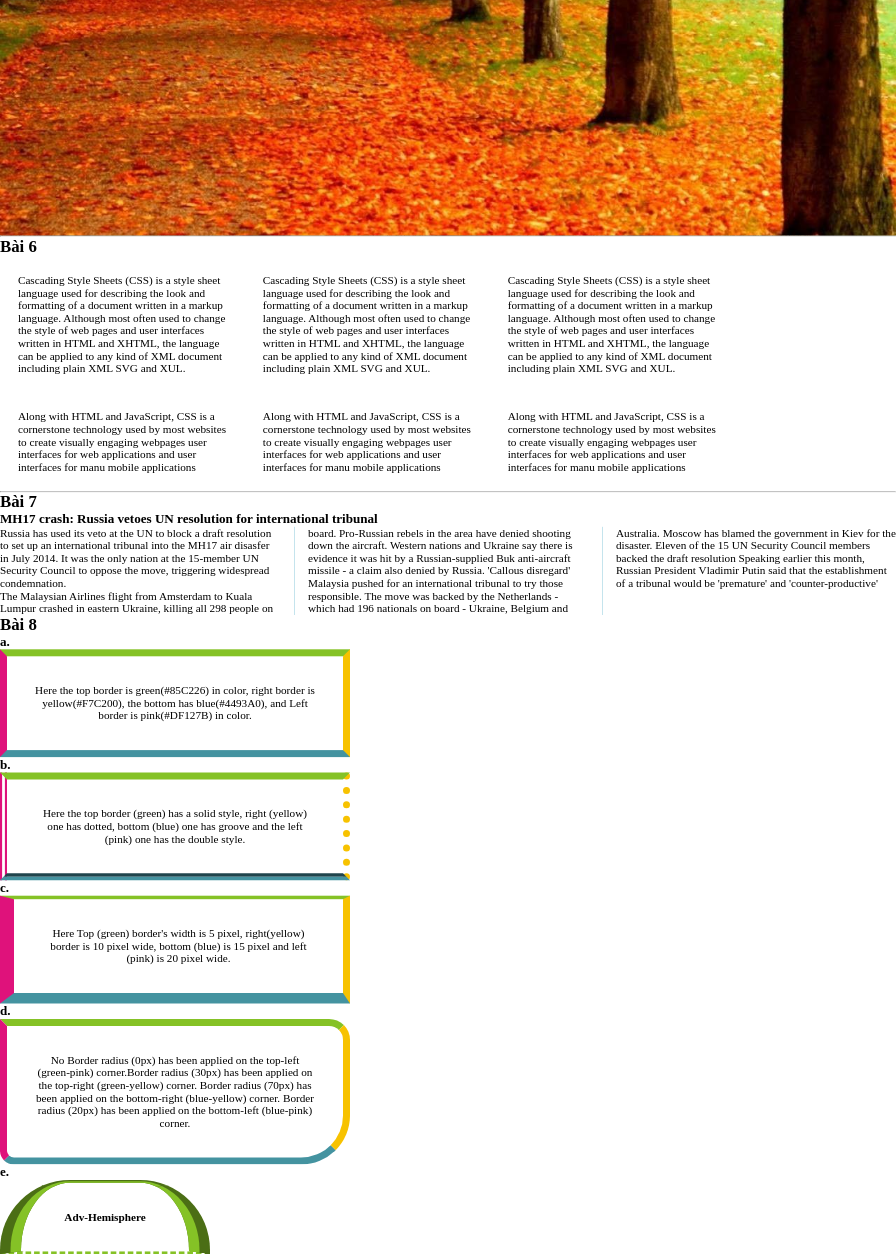
Repository: hoangnguyen1903/STT_21084321_NguyenHuyHoang_DHKHMT17B
Page: html/index.html
An editor plug-in stored every save of this project. The page is shown before and after the next save, followed by the edit.
The browser window is 1280 px wide. The pictures show the part of the page from y = 1621 to 3541 px (the page is 3413 px tall before and 3541 px after), at 70% of full size.

Above is the page before, as saved 2023-03-03 14:55:49.

After the next save:
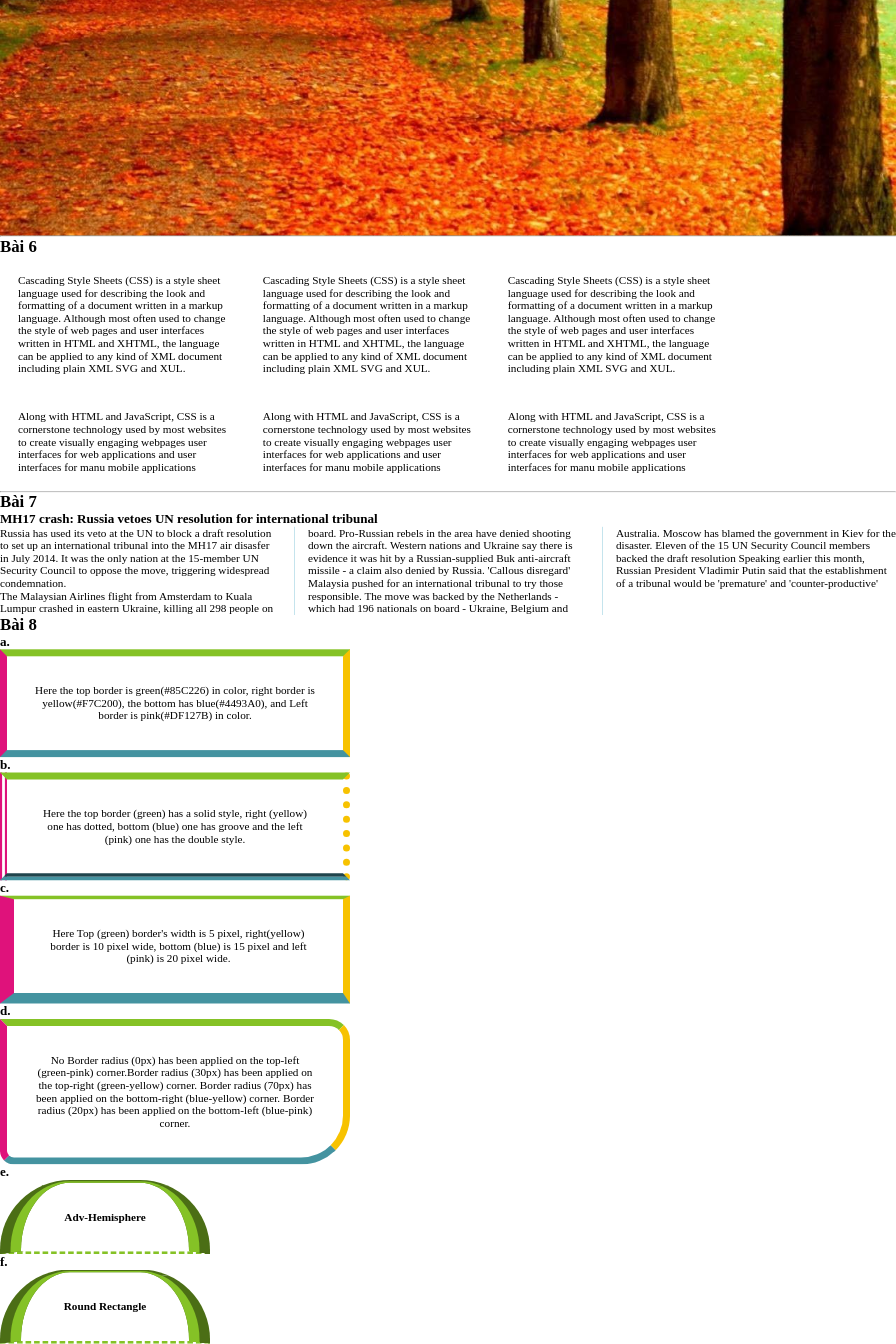
Saved 52 s later.
--- a/html/index.html
+++ b/html/index.html
@@ -605,6 +605,8 @@
       </div>
       <h3><b>e.</b></h3>
       <div class="bai8e">Adv-Hemisphere</div>
+      <h3><b>f.</b></h3>
+      <div class="bai8e">Round Rectangle</div>
     </div>
   </body>
 </html>
